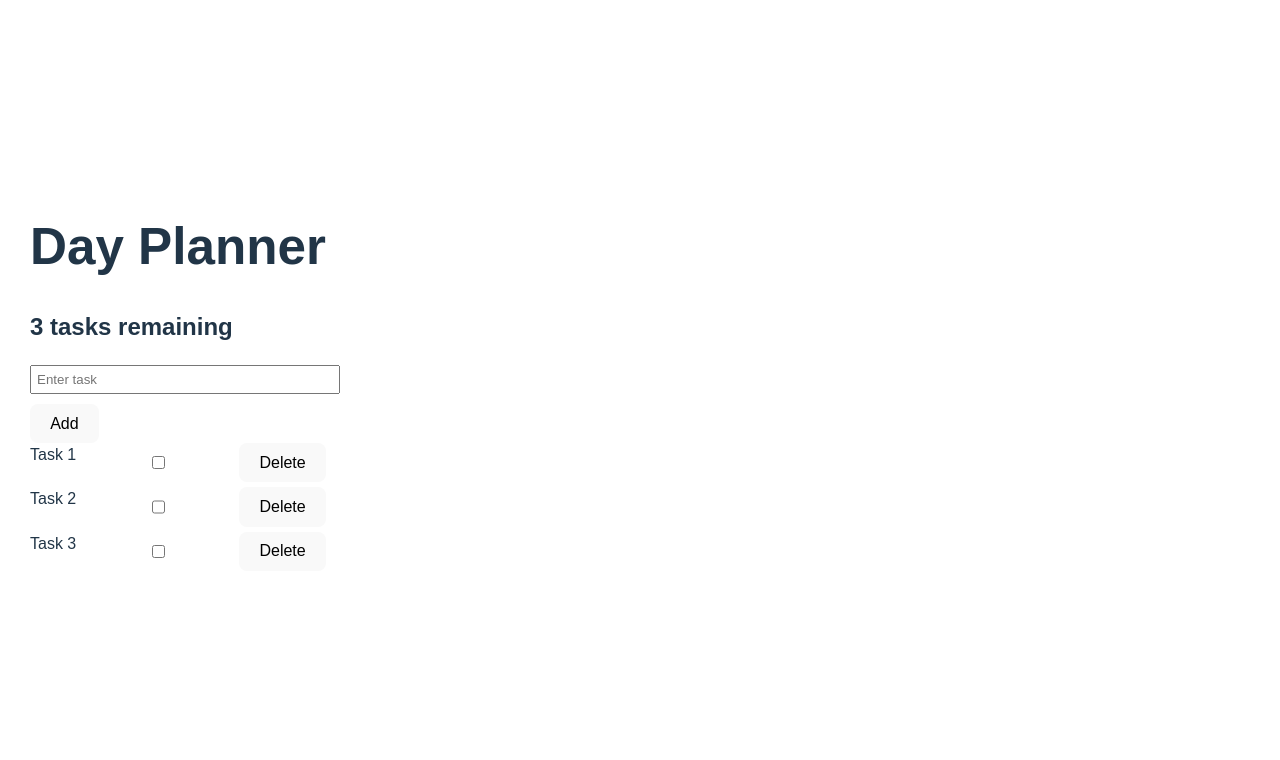
Repository: GavinPahal/lab5
Page: /
An editor plug-in stored every save of this project. The page is shown before and after the next save, followed by the edit.
The browser window is 1280 px wide. The pictures show the whole page.
The project was rebuilt for these pictures with package versions that can differ from the ones it lists, and the page was loaded fresh each time. Also part of the build but not shown: vite.config.js.

Above is the page before, as saved 2024-10-11 17:41:44.

After the next save:
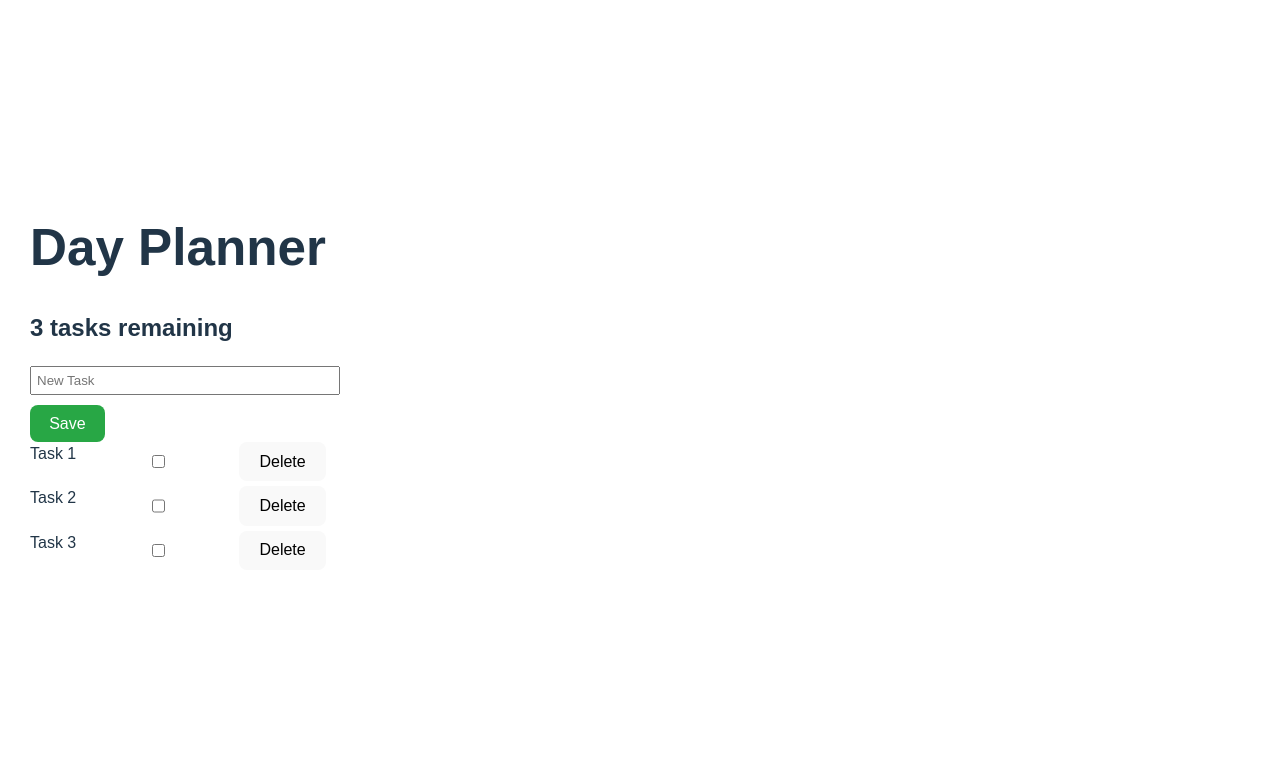
Saved 14 s later.
--- a/components/TaskForm.jsx
+++ b/components/TaskForm.jsx
@@ -6,7 +6,7 @@ function TaskForm({ addTask }) {
 
   const handleSubmit = (e) => {
     e.preventDefault();
-    if (taskName.trim()) {
+    if (taskName.trim() !== '') {
       addTask(taskName);
       setTaskName('');
     }
@@ -16,11 +16,11 @@ function TaskForm({ addTask }) {
     <form onSubmit={handleSubmit}>
       <input
         type="text"
+        placeholder="New Task"
         value={taskName}
         onChange={(e) => setTaskName(e.target.value)}
-        placeholder="Enter task"
       />
-      <button type="submit">Add</button>
+      <button type="submit" className="save">Save</button>
     </form>
   );
 }
